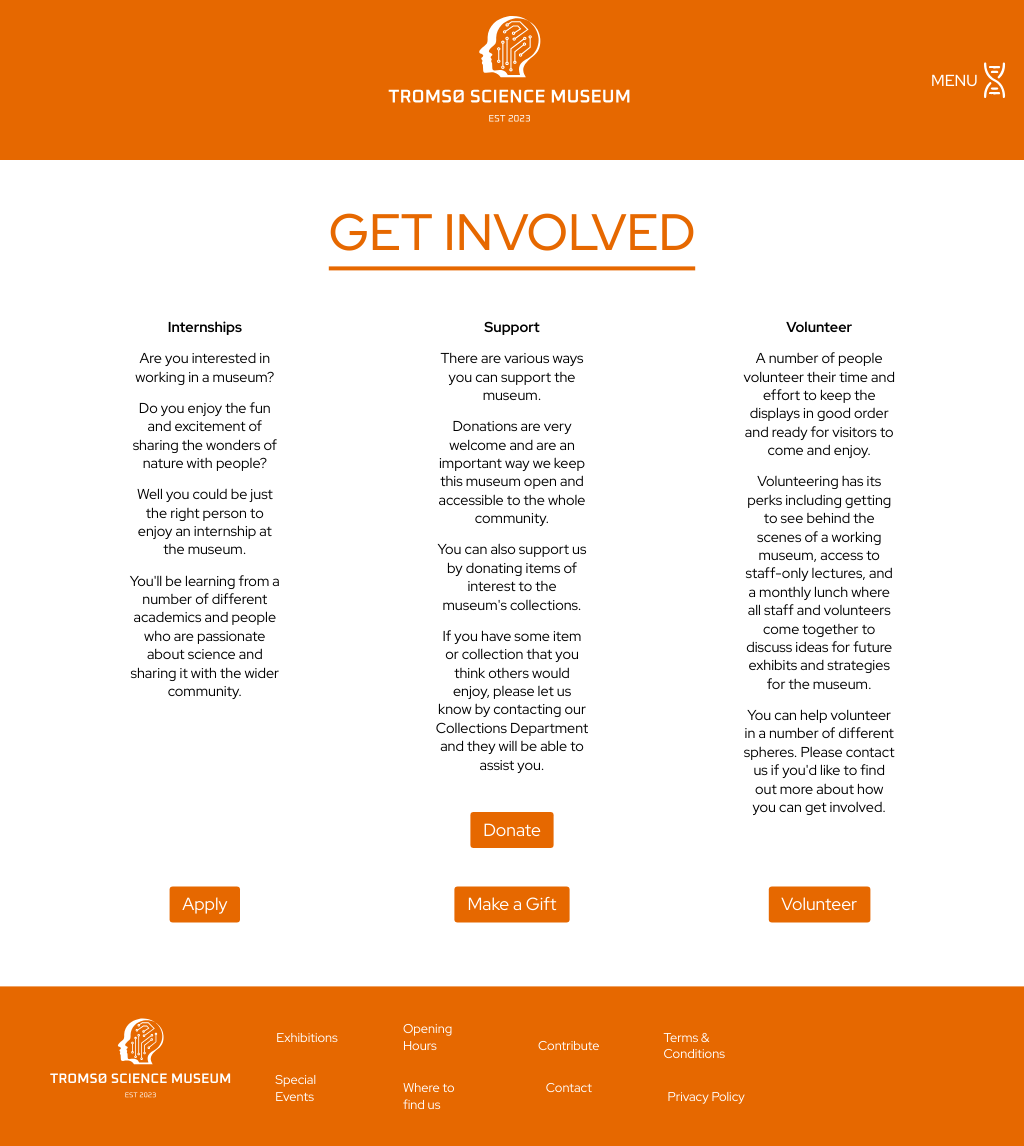
Repository: benjaminskarding/Semester-Project
Page: contribute.html
The author's editor kept a copy of each file at every save. The page is drawn from the files as they stood at one save, then again after the next save.
The browser window is 1280 px wide. The pictures show the whole page, at 80% of full size.

Above is the page before, as saved 2023-12-19 04:09:19.

### contribute.html
<!DOCTYPE html>
<html lang="en">
<head>
    <meta charset="UTF-8">
    <meta name="viewport" content="width=device-width, initial-scale=1.0">
    <meta name="description" content="Contribute to our community or projects. Find out how to submit content, donate, or participate in our collaborative efforts. Your support is valued and makes a difference.">
    <link rel="stylesheet" href="src/css/contribute.css">
    <link rel="icon" type="image/png" sizes="32x32" href="assets/images/favicon/favicon-32x32.png">
    <link rel="icon" type="image/png" sizes="16x16" href="assets/images/favicon/favicon-16x16.png">
    <link rel="preconnect" href="https://fonts.googleapis.com">
    <link rel="preconnect" href="https://fonts.gstatic.com" crossorigin>
    <link href="https://fonts.googleapis.com/css2?family=Red+Hat+Display:wght@300;400;500;600;700;800&display=swap" rel="stylesheet">
    <title>Contact Us</title>
</head>
<body>
  <div class="page-container">
    <header class="header-collection">
        <div class="header-wrapper">
            <nav class="header-main-nav">
                <div class="header-nav-left-placeholder"></div>
                <div class="header-nav-center-logo">
                    <a href="index.html" aria-label="Go to homepage">
                        <img class="logo" src="assets/images/logo/whitelogo.svg" alt="company logo">
                    </a>
                </div>
                <div class="header-nav-right">
                    <label for="menuToggle" class="menu-button" aria-label="Open Menu"> <!--toggles overlay-->
                        <span class="white">MENU</span>
                        <img src="assets/images/icons/helix.svg" class="menuIcon" alt="navigation menu icon">
                    </label>
                </div>
            </nav>
        </div>
        <!--Overlay-->
        <input type="checkbox" id="menuToggle" class="menu-toggle-checkbox" style="display: none;">
        <div class="hamburger-overlay-2" id="menuOverlay" aria-label="Menu overlay">
            <div class="overlay-header">
                <h3 class="medium underline cU-white">Menu</h3>
                <label for="menuToggle" class="overlay-close-btn" aria-label="Close menu">&times;</label>
            </div>
            <div class="overlayOptionsContainer">
                <a href="index.html">
                <h6 class="menu-item">Home</h6>
                </a>
                <a href="exhibitions.html">
                <h6 class="menu-item">Exhibitions</h6>
                </a>
                <a href="exhibitions.html#specEvents">
                <h6 class="menu-item">Special Events</h6>
                </a>
                <a href="contribute.html">
                <h6 class="menu-item">Contribute to the Museum</h6>
                </a>
                <a href="contact.html">
                <h6 class="menu-item">Contact</h6>
                </a>
                <a href="terms_conditions.html">
                <h6 class="menu-item">Terms & Conditions</h6>
                </a>
                <a href="privacy_policy.html">
                <h6 class="menu-item">Privacy Policy</h6>
                </a>
            </div>
            <div class="overlayLogoContainer">
                <img src="assets/images/logo/whitelogo.svg" class="overlayLogo" alt="company logo in hamburger overlay">
            </div>
        </div>
    </header>

    <div class="main-grid">
        <div class="title">
          <h2 class="orange underline">GET INVOLVED</h2>
        </div>
        <div class="main-content">
            <div class="leftCol">
              <p class="bold">Internships</p>
              <p>Are you interested in working in a museum?</p>
              <p>Do you enjoy the fun and excitement of sharing the wonders of nature with people?</p>
              <p>Well you could be just the right person to enjoy an internship at the museum.</p>
              <p>You'll be learning from a number of different academics and people who are passionate about science and sharing it with the wider community.</p>
              <div class="button-container">
                <button>Apply</button>
              </div>
            </div>
            <div class="centCol">
              <p class="bold">Support</p>
              <p>There are various ways you can support the museum.</p>
              <p>Donations are very welcome and are an important way we keep this museum open and accessible to the whole community.</p>
              <p>You can also support us by donating items of interest to the museum's collections.</p>
              <p>If you have some item or collection that you think others would enjoy, please let us know by contacting our Collections Department and they will be able to assist you.</p>
              <div class="button-container">
                <button>Donate</button>
                <button>Make a Gift</button>
              </div>
            </div>
            <div class="rightCol">
              <p class="bold">Volunteer</p>
              <p>A number of people volunteer their time and effort to keep the displays in good order and ready for visitors to come and enjoy.</p>
              <p>Volunteering has its perks including getting to see behind the scenes of a working museum, access to staff-only lectures, and a monthly lunch where all staff and volunteers come together to discuss ideas for future exhibits and strategies for the museum.</p>
              <p>You can help volunteer in a number of different spheres. Please contact us if you'd like to find out more about how you can get involved.</p>
              <div class="button-container">
                <button>Volunteer</button>
              </div>
            </div>
        </div>
    </div>

    <footer id=desktop-footer class="footer">
      <div class="footer-container">
          <div class="footer-left-container">
            <a href="index.html"  aria-label="Back to homepage">
              <img src="assets/images/logo/whitelogo.svg" class="footer-logo" alt="company logo in footer">
            </a>
          </div>
          <div class="footer-center-container">
              <div class="footer-column-1">
                  <a href="exhibitions.html" class="footer-titles">Exhibitions</a>
                  <a href="exhibitions.html#specEvents" class="footer-titles">Special Events</a>
              </div>
              <div class="footer-column-2">
                  <a href="index.html#visit" class="footer-titles">Opening Hours</a>
                  <a href="index.html#visit" class="footer-titles">Where to find us</a>
              </div>
              <div class="footer-column-3">
                  <a href="contribute.html" class="footer-titles">Contribute</a>
                  <a href="contact.html" class="footer-titles">Contact</a>
              </div>
              <div class="footer-column-4">
                  <a href="terms_conditions.html" class="footer-titles">Terms & Conditions</a>
                  <a href="privacy_policy.html" class="footer-titles">Privacy Policy</a>
              </div>
          </div>
          <div class="footer-right-container-placeholder"></div>
      </div>
    </footer>
  </div>
</body>
</html>

### src/css/contribute.css
@import url(common.css);
@import url(_reset.css);
@import url(_variables.css);
@import url(hamburger-overlay-2.css);

.main-grid {
    display: grid;
    grid-gap: 3rem;
    margin: 0 10rem 0 10rem;
    grid-template-columns: auto;
    grid-template-rows: auto;
    grid-template-areas:
        "title"
        "main-content";

}

.main-content { grid-area: main-content }
.title { grid-area: title}

.title {
    grid-area: title;
    display: flex;
    justify-content: center;
    margin-top: 3rem;
}

.main-content {
    display: flex;
    justify-content: space-between;
    gap: 3rem;
}

.leftCol,
.rightCol {
    flex: 1;
    display: flex;
    flex-direction: column;
    justify-content: space-between;
    text-align: center;
    max-width: 20%;
}

.leftCol p,
.rightCol p,
.centCol p {
    margin-top: 1rem;
}

.centCol {
    text-align: center;
    max-width: 20%;
}

.leftCol .button-container,
.rightCol .button-container {
    margin-top: auto;
    width: 100%;
}

button {
    padding: 0.5rem 1rem;
    background-color: var(--color-secondary);
    font-size: 1.375rem;
    font-family: var(--font-primary);
    color: white;
    border: none;
    border-radius: 0.25rem;
    cursor: pointer;
    margin-top: 3rem;
}


.page-container {
    display: grid;
    grid-template-rows: auto 1fr auto;
    min-height: 100vh;
}




@media (max-width: 665px) {

    .main-grid {
        display: grid;
        margin: 0 1rem 5rem;
        grid-gap: 3rem;
        grid-template-columns: auto;
        grid-template-rows: auto;
        grid-template-areas:
            "main-content"
    }

    .main-content,
    .title-bar {
        align-items: center;
        text-align: center;
    }

    .title-bar h3 {
        margin: 0 1rem;
        font-size: 3rem;
    }

    .bpHide-3 {
        display: none;
    }

    label[for="menuToggle"] {
        display: none;
    }
    label[for="menuToggle2"] {
        display: block;
    }

    .hamburger-overlay-2 {
        display: block;
        width: 100%;
    }

}

### src/css/common.css
body, html {
    min-height: 100vh;
    width: 100%;
    margin: 0;
    overflow-x: hidden;
}

a {
    text-decoration: none;
    cursor: pointer;
    color: inherit;
}

.page-container {      /* fjern? */
    display: grid;
    grid-template-rows: auto 1fr auto;
    min-height: 100vh;
}

.underline {
    position: relative;
    display: inline-block;
}

.underline::after {
    content: '';
    position: absolute;
    left: 0;
    bottom: -5px;
    width: 100%;
    height: 5px;
    background-color: #E66800;
}

.cU-white::after {
    background-color: white;
}

input:focus,
textarea:focus,
select:focus,
button:focus {
outline: none;
}

/* Common header. [Landing page has specific styles for header] */

.header-collection {
    background-color: var(--color-secondary);
    height: 200px;
}

.header-wrapper {
    margin-left: 1rem;
    margin-right: 1rem;
    height: 200px;
}


.header-main-nav {
    display: flex;
    justify-content: space-between;
    align-items: center;
    width: 100%;
    height: 200px;
}

.header-nav-left-placeholder {
    flex: 1;
    display: flex;
    align-items: center;
}

.header-nav-right {
    flex: 1;
    display: flex;
    justify-content: flex-end;
    font-size: 1.25rem;
    font-weight: var(--font-weight-medium);
}

/* Footer */


.footer{
    background-color: var(--color-secondary);
    height: 200px;
    display: flex;
    margin-top: 5rem;
}

.footer-container {
    display: flex;
    align-items: center;
    justify-content: space-between;
    margin-left: 3rem;
    margin-right: 3rem;
    width: 100%;
}

.footer-left-container,
.footer-right-container-placeholder {
    flex: 1;
}

.footer-center-container {
    display: flex;
    justify-content: center;
    align-items: center;
    flex: 2;
    gap: 5rem;
}

.footer-column-1,
.footer-column-2,
.footer-column-3,
.footer-column-4 {
    display: flex;
    flex-direction: column;
    align-items: center;
}

.footer-logo {
    height: 150px;
}

.footer-titles {
    display: flex;
    margin-bottom: 1rem;
    margin-top: 1rem;
    color: white;
}

/* Main content */

.title-bar {
    display: grid;
    grid-gap: 2rem;
    grid-template-columns: auto;
    grid-template-rows: auto;
    align-items: center;
    height: 150px;
    width: 100%;
    background-color: var(--color-secondary);
}

.title-bar h3 {
    margin-left: 3rem;
}

.sidebar {
    display: flex;
    flex-direction: column;
    align-items: center;
    position: relative;
    background-color: #E66800;
    height: 100%;
}

/* Overlay 1 */

.hamburger-overlay {
    position: absolute;
    display: flex;
    flex-direction: column;
    justify-content: flex-start;
    top: 0;
    right: 0;
    bottom: 0;
    left: 0;
    background-color: transparent;
    z-index: 1000;
    visibility: hidden;
    transform: translateX(100%);
    transition: transform 0.3s;

}

.menu-button {
    display: flex;
    align-items: center;
    cursor: pointer;
}

.menu-toggle-checkbox:checked ~ .sidebar .hamburger-overlay {  /* Checkbox hack */
    visibility: visible;
    transform: translateX(0);
}

.overlay-header {
    display: flex;
    justify-content: space-between;
    margin-left: 1rem;
}

.overlayOptionsContainer {
    height: 100%;
}

.menu-item {
    margin: 2rem 1rem;
    color: white;
}

.overlayLogoContainer {
    display: flex;
    justify-content: center;
}

.overlayLogo {
    width: 50%;
    max-height: 200px;
}

.overlay-close-btn {
    padding-top: 1rem;
    margin-right: 1rem;
    color: white;
    font-size: 2rem;
    background: none;
    border: none;
    cursor: pointer;
}

/* Special Events Section */

.specEvents {
    display: flex;
    flex-direction: column;
}

.specContent {
    text-align: center;
    margin-top: 5rem;
}

.specEventTitle  {
    margin-bottom: 5rem;
}

/* Special Events Dropdown Arrow */

.arrow {
    transition: transform 0.3s ease;
    width: 36px;
    height: 36px;
    vertical-align: middle;
    display: inline-block;
}

.toggle {
    display: none;
}

.toggle-label {
    cursor: pointer;
    display: inline-block;
    padding: 1rem;
    color: inherit;
    vertical-align: middle;
    color: var(--color-secondary);
    font-size: 2.25rem;
}

.toggle:checked + .toggle-label .arrow {
    transform: rotate(180deg);
}

/* Special Events Dropdown Content */

.content {
    display: none;
    padding: 1rem;
}

.toggle:checked ~ .content {
    display: block;
}

.specEventMainText {
    font-size: 3.625rem;
}



/* Media Queries */

#mobileFooter {
    display: none;
}


@media (max-width: 1502px) {
    .bpCommonHide1 {
        display: none;
    }
}

@media (max-width: 1020px) {
    .bpHide-2 {
        display: none;
    }

    .overlay-header h3 {
        font-size: 2.25rem;
    }

    .overlayLogo {
        width: 75%;
    }

    .menuIcon {
        height: 45px;
    }
}

@media (max-width: 800px) {

    #desktopFooter {
        display: none;
    }
    #mobileFooter {
        display: flex;
    }

    .footer-center-container {
        display: flex;
        justify-content: center;
        align-items: center;
        flex-wrap: wrap;
        gap: 5rem;
        margin-left: auto;
        margin-right: auto;
        width: 100%;
    }

    .footer-titles {
        display: flex;
        margin-bottom: 0.5rem;
        margin-top: 0.5rem;
        color: white;
    }

}


@media (max-width: 665px) {
    .logo {
        height: 150px;
    }
}

@media (max-width: 632px) {

    .footer-center-container {
        gap: 1rem;
    }
}

@media (max-width: 370px) {

}

### src/css/_reset.css
*, *:before, *:after {
    box-sizing: inherit;
  }

  body {
    box-sizing: border-box;
    min-height: 100vh;
    margin: 0;
  }

### src/css/_variables.css
:root{
    --color-primary: white;
    --color-secondary: #E66800;

    --font-primary: 'Red Hat Display', sans-serif;
    --font-size: 16px;
    --font-weight-regular: 400;
    --font-weight-medium: 500;
    --font-weight-semibold: 600;
    --font-weight-bold: 700;
}

/* Font Related */

.medium {
    font-weight: 500
}

.regular {
    font-weight: 400;
}

.semibold {
    font-weight: 600;
}

strong, .bold {
    font-weight: var(--font-weight-bold)
}

body {
    font-family: var(--font-primary)
}


h1,h2,h3,h4 {
    color: var(--color-primary)
}

h1,h2,h3,h4,h5,h6,p {
    font-family: var(--font-primary);
    margin: 0;
    padding: 0;
}

h1 {
    font-size: 6rem; /* 96px */
}

h2 {
    font-size: 4rem; /* 64px */
    font-weight: var(--font-weight-medium);
}

h3 {
    font-size: 3.625rem;  /* 58px */
}

h4 {
    font-size: 3rem; /* 48px*/
}

h5 {
    font-size: 2.25rem; /*36px*/
    font-weight: var(--font-weight-medium)
}

h6 {
    font-size: 1.375rem; /*22px*/
    font-weight: var(--font-weight-medium);
}


p {
    font-size: 1.125rem;    /* 18px */
}

/* Styling / Misc Variables */

.white {
    color:white;
}

.orange {
    color: var(--color-secondary)
}

.lastpar {
    margin-bottom: 2rem;
}

.nowrap {
    white-space: nowrap;
}

### src/css/hamburger-overlay-2.css
/* Hamburger overlay 2 */

.hamburger-overlay-2 {
    position: fixed;
    top: 0;
    right: 0;
    height: 100%;
    width: 33%;
    background-color: var(--color-secondary);
    transform: translateX(100%);
    transition: transform 0.3s;
    display: flex;
    flex-direction: column;
    z-index: 1000;
}

.menu-toggle-checkbox:checked ~ .hamburger-overlay-2 {
    transform: translateX(0);
}

.overlay-header {
    margin-top: 3rem;
}

.overlayLogoContainer {
    display: flex;
    flex-direction: column;
    justify-content: flex-end;
    align-items: center;
}

After the next save:
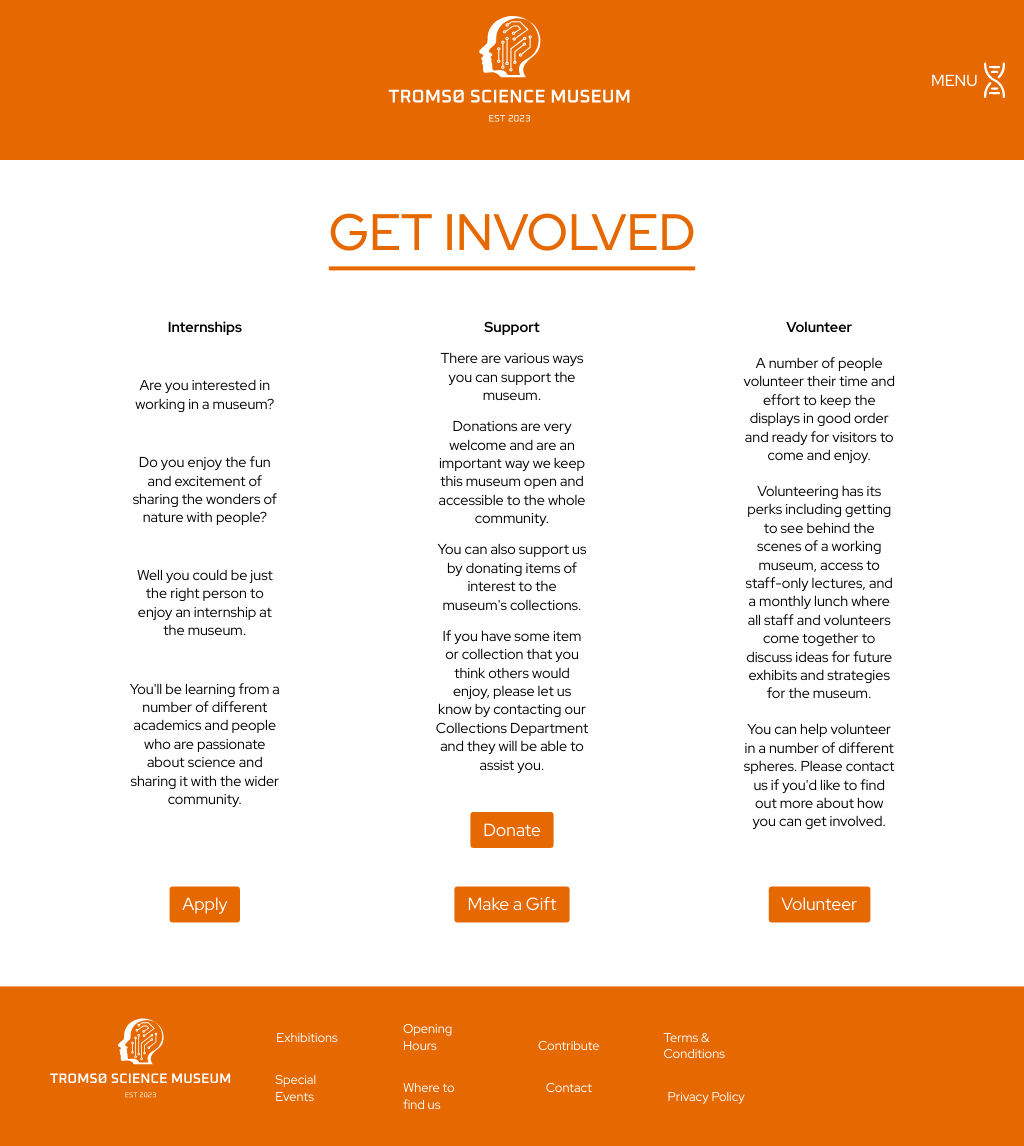
Saved 31 s later.
--- a/src/css/contribute.css
+++ b/src/css/contribute.css
@@ -54,7 +54,7 @@
 
 .leftCol .button-container,
 .rightCol .button-container {
-    margin-top: auto;
+    margin-top: 1rem;
     width: 100%;
 }
 
